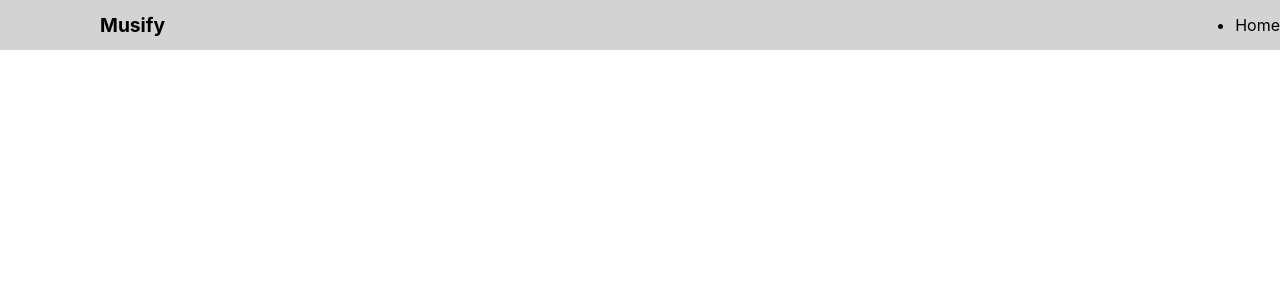
Repository: yuqiant/musify
Page: / (app in musify/)
These files come from the project's save history. The page is drawn as it stood at one moment and after the next save; the edit follows.
The browser window is 1280 px wide. The pictures show the whole page.
The project was rebuilt for these pictures with package versions that can differ from the ones it lists, and the page was loaded fresh each time. Also part of the build but not shown: musify/src/App.css, musify/src/home/index.js.

Above is the page before, as saved 2023-11-30 00:56:28.

### musify/src/index.js
import React from 'react';
import ReactDOM from 'react-dom/client';
import './index.css';
import App from './App';
import Home from './home';
import reportWebVitals from './reportWebVitals';

const root = ReactDOM.createRoot(document.getElementById('root'));
root.render(

  <React.StrictMode>
    <App />
  </React.StrictMode>
);

// If you want to start measuring performance in your app, pass a function
// to log results (for example: reportWebVitals(console.log))
// or send to an analytics endpoint. Learn more: https://bit.ly/CRA-vitals
reportWebVitals();

### musify/src/App.js
import logo from './logo.svg';
import './App.css';
import Navbar from './navbar';

function App() {
  // return (
  //   <div className="App">
  //     <header className="App-header">
  //       <img src={logo} className="App-logo" alt="logo" />
  //       <p>
  //         Edit <code>src/App.js</code> and save to reload.
  //       </p>
  //       <a
  //         className="App-link"
  //         href="https://reactjs.org"
  //         target="_blank"
  //         rel="noopener noreferrer"
  //       >
  //         Learn React
  //       </a>
  //     </header>
  //   </div>
  // );
  return (
    <div>
      <Navbar />
    </div>
  );

}

export default App;

### musify/src/navbar/index.js
// import React from "react";

// const Navbar = () => {
//     return (
//         <nav className="navbar navbar-expand-lg navbar-light bg-light">
//             <a className="navbar-brand" href="#">
//                 Navbar
//             </a>
//             <button
//                 className="navbar-toggler"
//                 type="button"
//                 data-toggle="collapse"
//                 data-target="#navbarNavDropdown"
//                 aria-controls="navbarNavDropdown"
//                 aria-expanded="false"
//                 aria-label="Toggle navigation"
//             >
//                 <span className="navbar-toggler-icon"></span>
//             </button>

//             <div className="collapse navbar-collapse" id="navbarNavDropdown">
//                 <ul className="navbar-nav">
//                     <li className="nav-item active">
//                         <a className="nav-link" href="#">
//                             Home <span className="sr-only">(current)</span>
//                         </a>
//                     </li>
//                     <li className="nav-item">
//                         <a className="nav-link" href="#">
//                             Features
//                         </a>
//                     </li>
//                     <li className="nav-item">
//                         <a className="nav-link" href="#">
//                             Pricing
//                         </a>
//                     </li>
//                     <li className="nav-item dropdown">
//                         <a
//                             className="nav-link dropdown-toggle"
//                             href="#"
//                             id="navbarDropdownMenuLink"
//                             data-toggle="dropdown"
//                             aria-haspopup="true"
//                             aria-expanded="false"
//                         >
//                             Dropdown link
//                         </a>
//                         <div
//                             className="dropdown-menu"
//                             aria-labelledby="navbarDropdownMenuLink"
//                         >
//                             <a className="dropdown-item" href="#">
//                                 Action
//                             </a>
//                             <a className="dropdown-item" href="#">
//                                 Another action
//                             </a>
//                             <a className="dropdown-item" href="#">
//                                 Something else here
//                             </a>
//                         </div>
//                     </li>
//                 </ul>
//             </div>
//         </nav>
//     );
// };

// export default Navbar;
// Navbar.js
import React from 'react';
// import { NavLink } from 'react-router-dom';
import './index.css';

const Navbar = () => {
    return (
        <nav className="wd-navigation">
            {/* <div className="nav-container"> */}
            {/* Logo 或者站点名称 */}
            {/* <NavLink exact to="/" className="nav-logo">
                    Recipe Roulette
                </NavLink> */}
            <p className="bold-left-align">Musify</p>

            {/* 导航链接 */}
            <ul className="nav-menu">
                <li className="nav-item">
                    {/* <NavLink exact to="/" activeClassName="active"> */}
                    Home
                    {/* </NavLink> */}
                </li>
                {/* 语言和注册/登录可以是下拉菜单或者额外的链接 */}
                {/* <li className="nav-item">
                        <NavLink to="/language" activeClassName="active">
                            Language
                        </NavLink>
                    </li>
                    <li className="nav-item">
                        <NavLink to="/signin" activeClassName="active">
                            Sign In/Up
                        </NavLink>
                    </li> */}
            </ul>
            {/* </div> */}
        </nav>
    );
};

export default Navbar;

### musify/src/home/index.css
/* Reset margin and padding to remove default browser styling */
* {
    margin: 0;
    padding: 0;
    box-sizing: border-box;
}

/* General App styling */
.App {
    text-align: center;
}

/* Navigation bar styling */
.App-nav {
    display: flex;
    justify-content: space-between;
    align-items: left;
    background-color: #282c34;
    padding: 1rem;
    color: white;
}

.App-nav h1 {
    font-size: 1.5rem;
}

.App-nav a {
    color: white;
    text-decoration: none;
    margin-left: 1rem;
}

.App-nav a:hover {
    text-decoration: underline;
}

/* Header and content styling */
.App-header {
    color: white;
    padding-top: 60px;
    /* Adjust this value as needed */
}

.App-logo {
    height: 40vmin;
    pointer-events: none;
}

.App-link {
    color: #61dafb;
}

.App-link:hover {
    color: #39a9db;
}

### musify/src/navbar/index.css
.wd-navigation {
    background-color: lightgray;
    list-style: none;
    padding: 0;
    margin: 0;
    width: 100%;
    /* Full width */
    display: flex;
    /* Align items in a row */
    justify-content: space-between;
    align-items: center;
    /* Even spacing */
    height: 50px;
}

.wd-navigation .list-group-item {
    display: inline-block;
    /* Make list items inline */
    border-radius: 0;
    /* Optional: removes border-radius */
}

.wd-navigation a {
    padding: 10px;
    margin-bottom: 0;
    /* Adjust for horizontal layout */
    font-size: 0.8em;
    text-align: center;
    background-color: black;
    border: none;
    display: block;
    /* Ensure proper alignment */
    color: white;
    /* Text color */
    text-decoration: none;
}

.wd-navigation a.active {
    background-color: white;
    color: red;
}

.wd-icon,
.wd-navigation a i {
    color: red;
    font-size: 2em;
    margin-bottom: 0;
    /* Adjust for horizontal layout */
}

.list-group-item {
    color: white;
    /* Set default text color to white */
    padding: 5px 10px;
}

.list-group-item.active {
    background-color: black;
    color: red;
}

/* Responsive adjustments (if needed) */
@media (max-width: 600px) {
    .wd-navigation a {
        padding: 5px;
        font-size: 0.6em;
    }
}

.bold-left-align {
    font-weight: bold;
    text-align: left;

    padding-left: 100px;
    font-size: 1.2em;
}

Loaded but not shown: musify/public/index.html (common file); musify/src/index.css (common file); musify/src/reportWebVitals.js (common file)

After the next save:
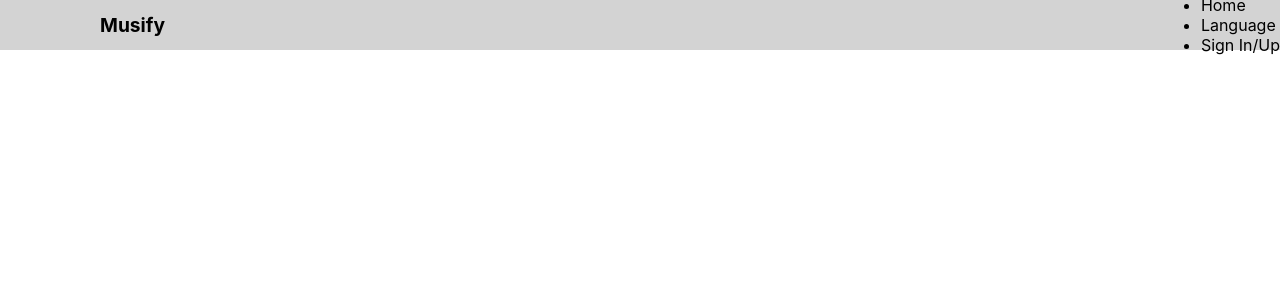
Saved 80 s later.
--- a/musify/src/navbar/index.js
+++ b/musify/src/navbar/index.js
@@ -90,17 +90,16 @@ const Navbar = () => {
                     Home
                     {/* </NavLink> */}
                 </li>
-                {/* 语言和注册/登录可以是下拉菜单或者额外的链接 */}
-                {/* <li className="nav-item">
-                        <NavLink to="/language" activeClassName="active">
-                            Language
-                        </NavLink>
-                    </li>
-                    <li className="nav-item">
-                        <NavLink to="/signin" activeClassName="active">
-                            Sign In/Up
-                        </NavLink>
-                    </li> */}
+                <li className="nav-item">
+                    {/* <NavLink to="/language" activeClassName="active"> */}
+                    Language
+                    {/* </NavLink> */}
+                </li>
+                <li className="nav-item">
+                    {/* <NavLink to="/signin" activeClassName="active"> */}
+                    Sign In/Up
+                    {/* </NavLink> */}
+                </li>
             </ul>
             {/* </div> */}
         </nav>
